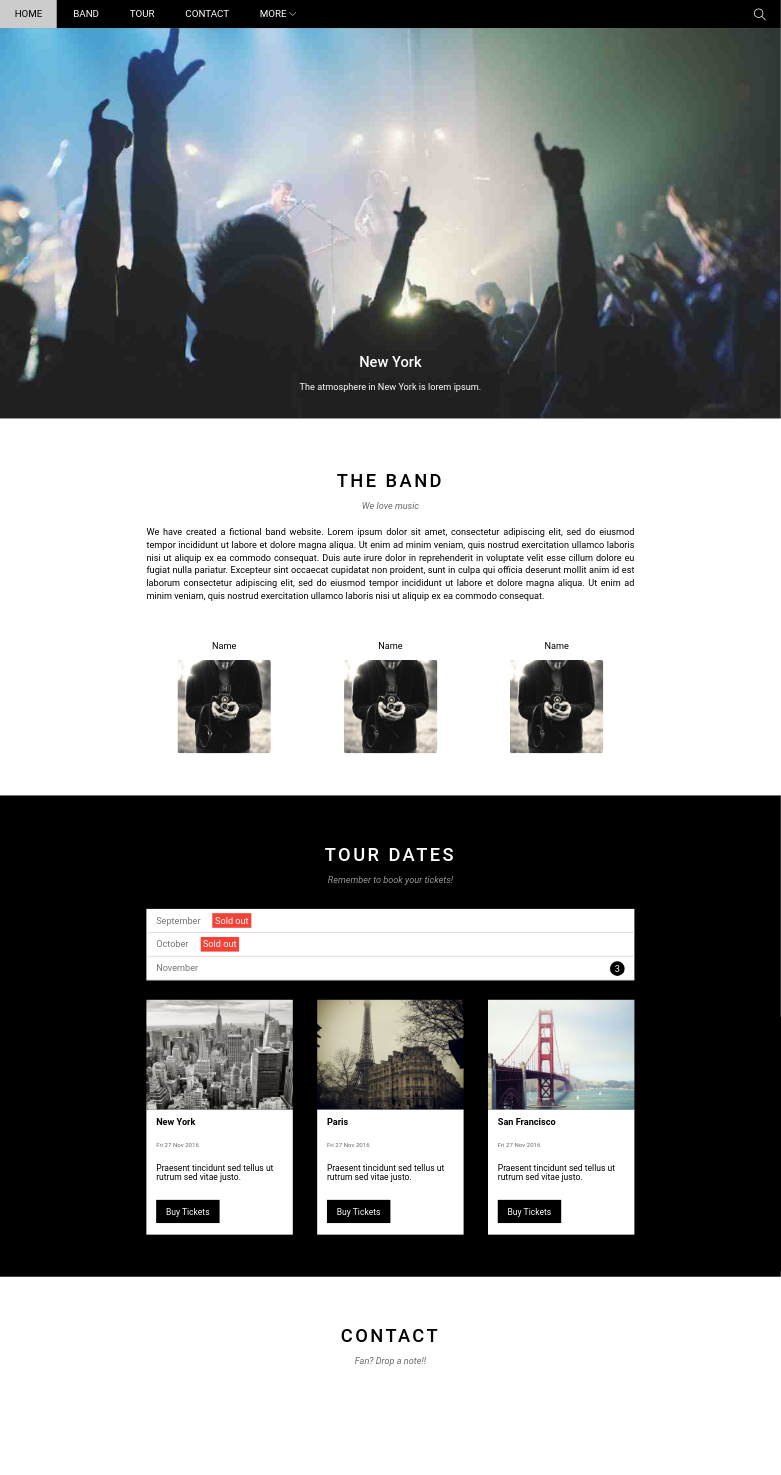
Repository: vuongld315/myLandingPage
Page: index.html
These files come from the project's save history. The page is drawn as it stood at one moment and after a run of saves; the edit follows.
The browser window is 1280 px wide. The pictures show the whole page, at 61% of full size.

Above is the page before, as saved 2022-07-27 11:11:09.

After the next 5 saves:
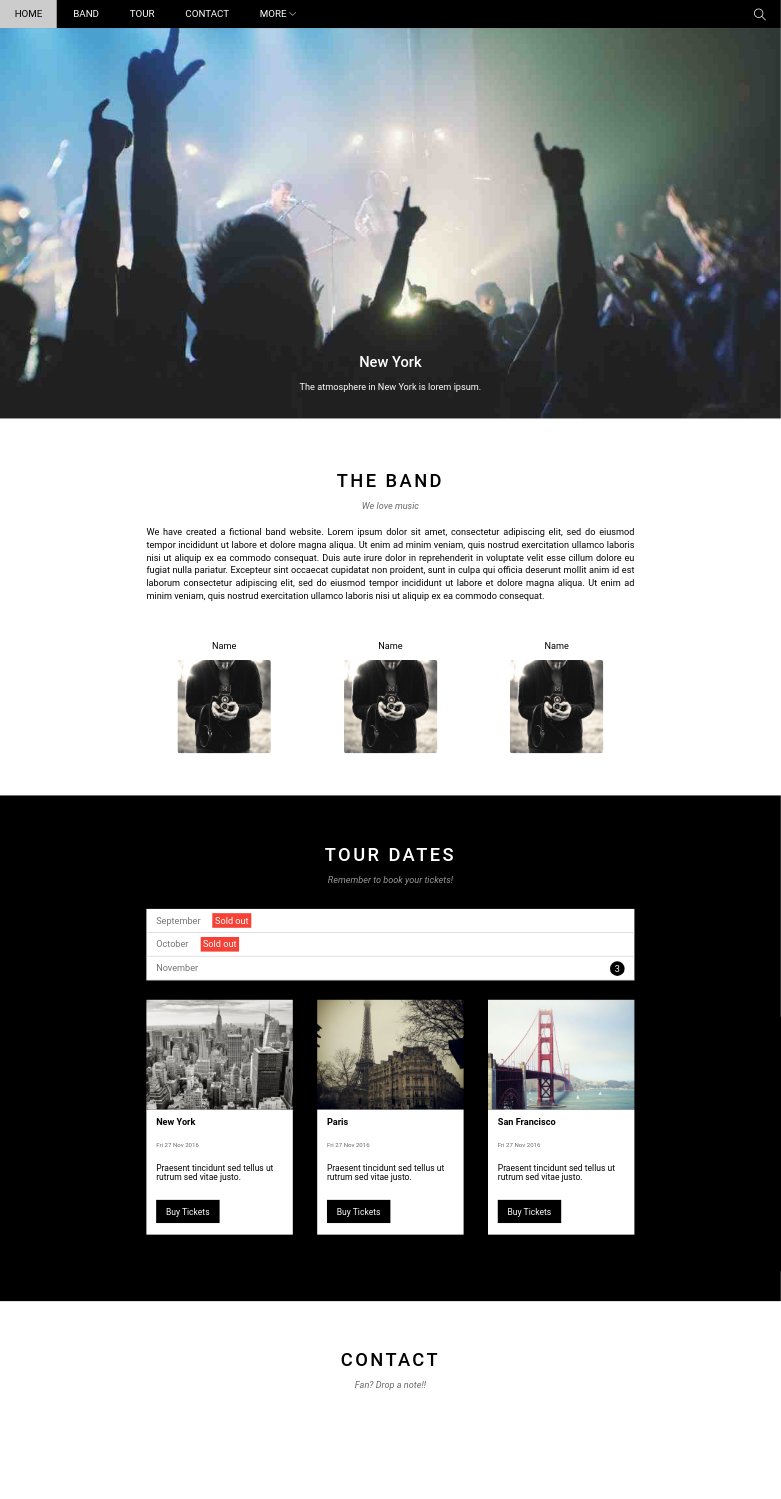
The 5 saves are shown as one change because they came seconds apart.
The last was saved 16 s later.
--- a/assets/css/main.css
+++ b/assets/css/main.css
@@ -221,9 +221,10 @@ body    {
     display: flex;
     flex-direction: column;
 }
-<!-- Tour-section -->
+
+/* <!-- Tour-section */
 .tour-list-items    {
-
+    margin-bottom: 40px;
 }
 
 .tour-item-img  {
